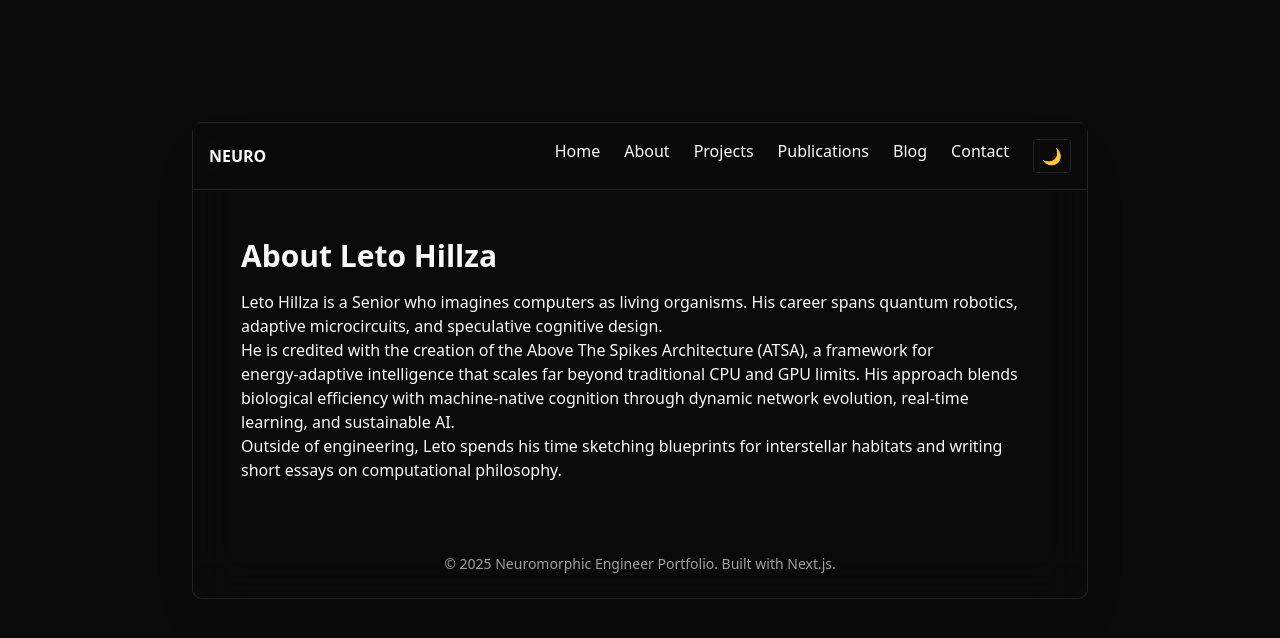
Repository: thecodingcult/portfolio
Page: /about
These files come from the project's save history. The page is drawn as it stood at one moment and after a run of saves; the edit follows.
The browser window is 1280 px wide. The pictures show the whole page.
The project was rebuilt for these pictures with package versions that can differ from the ones it lists, and the page was loaded fresh each time. The framework's server and built-in components were replaced by stand-ins that run in the browser. Also part of the build but not shown: next.config.ts.

Above is the page before, as saved 2025-07-18 13:08:54.

### src/app/layout.tsx
import type { Metadata } from "next";
import Providers from "@/components/Providers";
import "./globals.css";

export const metadata: Metadata = {
  title: "Create Next App",
  description: "Generated by create next app",
};

export default function RootLayout({
  children,
}: Readonly<{
  children: React.ReactNode;
}>) {
  return (
    <html lang="en" suppressHydrationWarning>
      <body className="antialiased">
        <Providers>{children}</Providers>
      </body>
    </html>
  );
}

### src/app/about/page.tsx
import ContentShell from '@/components/ContentShell'

export default function About() {
  return (
    <ContentShell>
      <h1 className="text-3xl font-bold mb-4">About Leto Hillza</h1>
      <p>
        Leto Hillza is a Senior who imagines computers as living organisms. His career spans quantum robotics, adaptive microcircuits, and speculative cognitive design.
      </p>
      <p>
        He is credited with the creation of the Above The Spikes Architecture (ATSA), a framework for energy‑adaptive intelligence that scales far beyond traditional CPU and GPU limits. His approach blends biological efficiency with machine‑native cognition through dynamic network evolution, real‑time learning, and sustainable AI.
      </p>
      <p>
        Outside of engineering, Leto spends his time sketching blueprints for interstellar habitats and writing short essays on computational philosophy.
      </p>
    </ContentShell>
  )
}

### src/components/Providers.tsx
'use client'

import { ThemeProvider } from 'next-themes'
import { AnimatePresence, motion } from 'framer-motion'
import { usePathname } from 'next/navigation'
import CommandPalette from './CommandPalette'

export default function Providers({ children }: { children: React.ReactNode }) {
  const pathname = usePathname()
  return (
    <ThemeProvider attribute="class" defaultTheme="dark" enableSystem>
      <CommandPalette />
      <AnimatePresence mode="wait">
        <motion.div
          key={pathname}
          initial={{ opacity: 0, y: 10 }}
          animate={{ opacity: 1, y: 0 }}
          exit={{ opacity: 0, y: -10 }}
          transition={{ duration: 0.3 }}
        >
          {children}
        </motion.div>
      </AnimatePresence>
    </ThemeProvider>
  )
}

### src/components/ContentShell.tsx
import Navbar from './Navbar'
import Footer from './Footer'

export default function ContentShell({ children }: { children: React.ReactNode }) {
  return (
    <div className="min-h-screen flex items-center justify-center py-10 px-4">
      <div className="w-full max-w-4xl mx-auto border rounded-lg bg-background/80 backdrop-blur-xl shadow-2xl shadow-black/10">
        <Navbar />
        <main className="p-8 md:p-12">
          {children}
        </main>
        <Footer />
      </div>
    </div>
  )
}

### src/components/CommandPalette.tsx
'use client'

import { Command } from 'cmdk'
import { useRouter } from 'next/navigation'
import { useEffect, useState } from 'react'
import { useTheme } from 'next-themes'

const pages = [
  { label: 'Home', href: '/' },
  { label: 'About', href: '/about' },
  { label: 'Projects', href: '/projects' },
  { label: 'Blog', href: '/blog' },
]

export default function CommandPalette() {
  const [open, setOpen] = useState(false)
  const router = useRouter()
  const { theme, setTheme } = useTheme()

  useEffect(() => {
    const down = (e: KeyboardEvent) => {
      if ((e.metaKey || e.ctrlKey) && e.key.toLowerCase() === 'k') {
        e.preventDefault()
        setOpen((o) => !o)
      }
    }
    window.addEventListener('keydown', down)
    return () => window.removeEventListener('keydown', down)
  }, [])

  return (
    <Command.Dialog
      open={open}
      onOpenChange={setOpen}
      label="Command Menu"
      className="fixed inset-0 z-50 flex items-start justify-center pt-20 bg-black/50"
    >
      <div className="bg-background border rounded-md w-80 max-w-md p-4 shadow-lg">
        <Command.Input
          placeholder="Type a command..."
          className="w-full border-b mb-2 px-2 py-1 bg-transparent focus:outline-none"
        />
        <Command.List>
          {pages.map((p) => (
            <Command.Item
              key={p.href}
              onSelect={() => {
                router.push(p.href)
                setOpen(false)
              }}
            >
              {p.label}
            </Command.Item>
          ))}
          <Command.Item
            onSelect={() => {
              setTheme(theme === 'dark' ? 'light' : 'dark')
              setOpen(false)
            }}
          >
            Toggle Theme
          </Command.Item>
        </Command.List>
      </div>
    </Command.Dialog>
  )
}

### src/components/Navbar.tsx
'use client'

import Link from 'next/link'
import { useState } from 'react'
import ThemeToggle from './ThemeToggle'

const links = [
  { href: '/', label: 'Home' },
  { href: '/about', label: 'About' },
  { href: '/projects', label: 'Projects' },
  { href: '/publications', label: 'Publications' },
  { href: '/blog', label: 'Blog' },
  { href: '/contact', label: 'Contact' },
]

export default function Navbar() {
  const [open, setOpen] = useState(false)

  return (
    <header className="backdrop-blur-md bg-background/70 border-b">
      <nav className="max-w-7xl mx-auto flex items-center justify-between p-4">
        <Link href="/" className="font-mono font-semibold">NEURO</Link>
        <button
          className="sm:hidden" onClick={() => setOpen(!open)}
          aria-label="Toggle Menu"
        >
          ☰
        </button>
        <ul className={`gap-6 sm:flex ${open ? 'block mt-4' : 'hidden'} sm:mt-0`}>
          {links.map((l) => (
            <li key={l.href}>
              <Link href={l.href} className="hover:underline" onClick={() => setOpen(false)}>
                {l.label}
              </Link>
            </li>
          ))}
          <li>
            <ThemeToggle />
          </li>
        </ul>
      </nav>
    </header>
  )
}

### src/components/Footer.tsx
export default function Footer() {
  return (
    <footer className="py-6 text-center text-sm text-muted-foreground">
      <p>
        © {new Date().getFullYear()} Neuromorphic Engineer Portfolio. Built with Next.js.
      </p>
    </footer>
  )
}

### src/components/ThemeToggle.tsx
'use client'

import { useTheme } from 'next-themes'
import { useEffect, useState } from 'react'

export default function ThemeToggle() {
  const { theme, setTheme } = useTheme()
  const [mounted, setMounted] = useState(false)
  useEffect(() => setMounted(true), [])

  if (!mounted) return null

  return (
    <button
      onClick={() => setTheme(theme === 'dark' ? 'light' : 'dark')}
      aria-label="Toggle Dark Mode"
      className="px-2 py-1 rounded border"
    >
      {theme === 'dark' ? '🌙' : '☀️'}
    </button>
  )
}

Loaded but not shown: src/app/globals.css (common file)

After the next 5 saves:
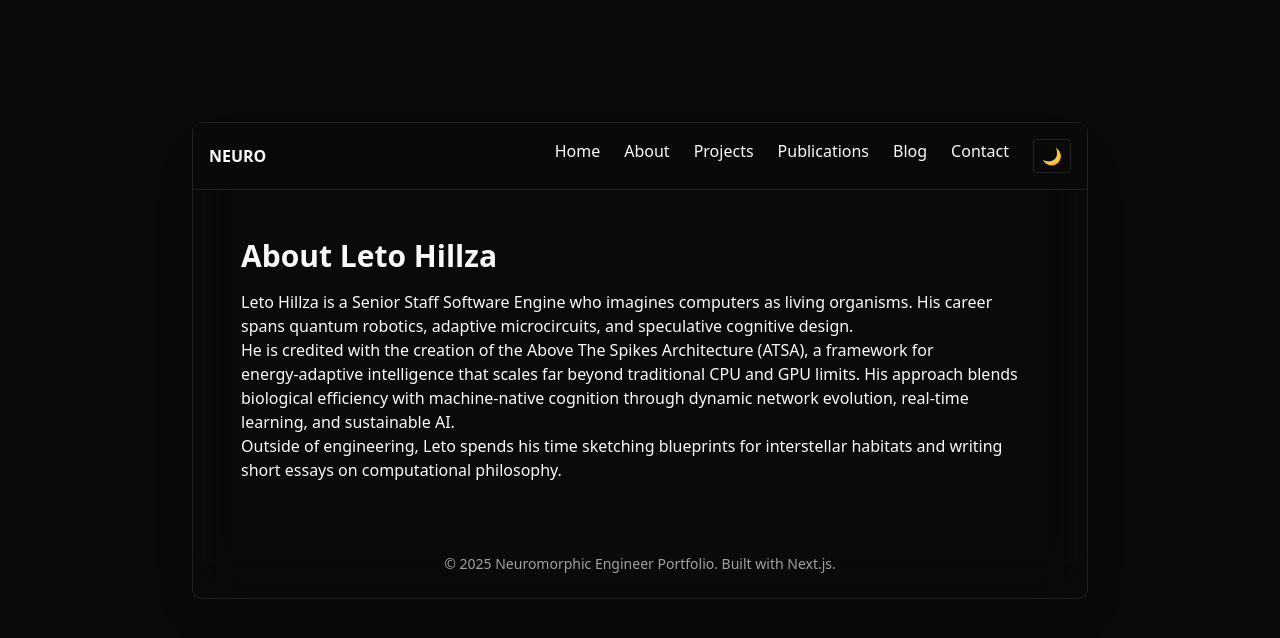
The 5 saves are shown as one change because they came seconds apart.
The last was saved 21 s later.
--- a/src/app/about/page.tsx
+++ b/src/app/about/page.tsx
@@ -5,7 +5,7 @@
     <ContentShell>
       <h1 className="text-3xl font-bold mb-4">About Leto Hillza</h1>
       <p>
-        Leto Hillza is a Senior who imagines computers as living organisms. His career spans quantum robotics, adaptive microcircuits, and speculative cognitive design.
+        Leto Hillza is a Senior Staff Software Engine who imagines computers as living organisms. His career spans quantum robotics, adaptive microcircuits, and speculative cognitive design.
       </p>
       <p>
         He is credited with the creation of the Above The Spikes Architecture (ATSA), a framework for energy‑adaptive intelligence that scales far beyond traditional CPU and GPU limits. His approach blends biological efficiency with machine‑native cognition through dynamic network evolution, real‑time learning, and sustainable AI.
